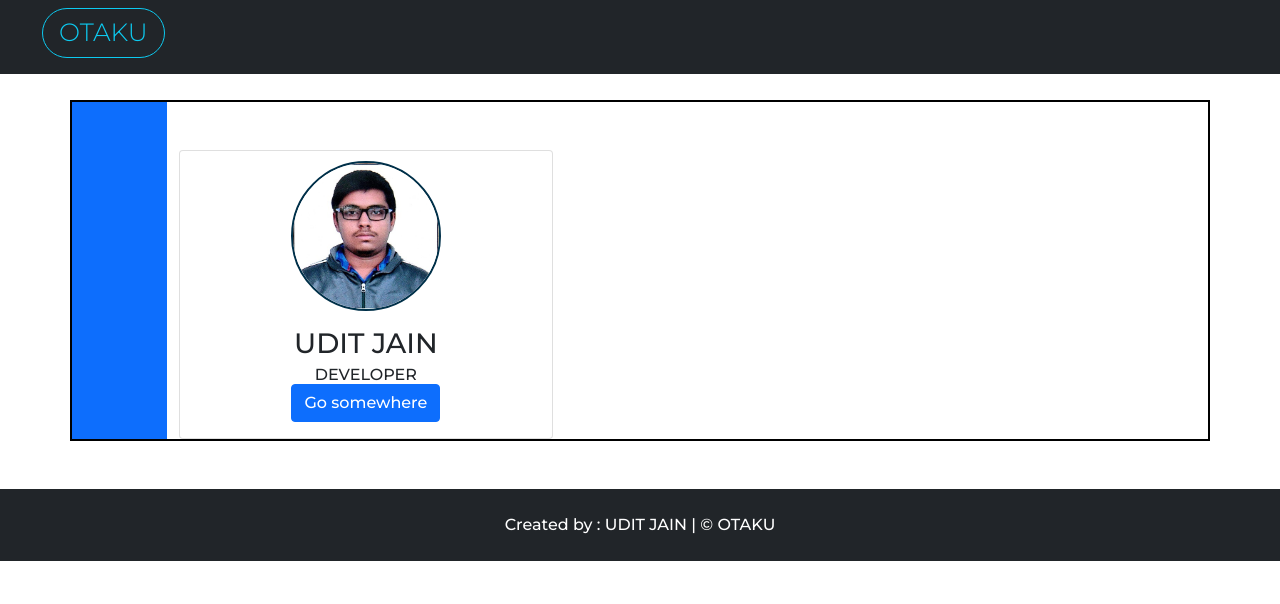
Repository: uditjain100/Responsive-Resume
Page: layouts/index.html
These files come from the project's save history. The page is drawn as it stood at one moment and after the next save; the edit follows.
The browser window is 1280 px wide. The pictures show the whole page.
Some web libraries are served in a nearby version.

Above is the page before, as saved 2021-03-01 13:51:23.

### layouts/index.html
<!DOCTYPE html>
<html lang="en">
  <head>
    <meta charset="UTF-8" />
    <meta http-equiv="X-UA-Compatible" content="IE=edge" />
    <meta name="viewport" content="width=device-width, initial-scale=1.0" />
    <title>Udit Jain</title>
    <link rel="stylesheet" href="app.css" />
    <link
      href="https://cdn.jsdelivr.net/npm/bootstrap@5.0.0-beta1/dist/css/bootstrap.min.css"
      rel="stylesheet"
      integrity="sha384-giJF6kkoqNQ00vy+HMDP7azOuL0xtbfIcaT9wjKHr8RbDVddVHyTfAAsrekwKmP1"
      crossorigin="anonymous"
    />

    <link rel="preconnect" href="https://fonts.gstatic.com" />
    <link
      href="https://fonts.googleapis.com/css2?family=Montserrat:wght@300;500&display=swap"
      rel="stylesheet"
    />
    <link
      href="https://fonts.googleapis.com/css2?family=Roboto+Slab:wght@300&display=swap"
      rel="stylesheet"
    />
    <link
      href="https://fonts.googleapis.com/css2?family=Spartan:wght@500&display=swap"
      rel="stylesheet"
    />
    <link
      href="https://fonts.googleapis.com/css2?family=Red+Hat+Display&display=swap"
      rel="stylesheet"
    />
    <link
      href="https://fonts.googleapis.com/css2?family=Ubuntu:wght@300&display=swap"
      rel="stylesheet"
    />
    <link
      href="https://fonts.googleapis.com/css2?family=Quicksand:wght@700&display=swap"
      rel="stylesheet"
    />
    <link
      href="https://fonts.googleapis.com/css2?family=Nunito&display=swap"
      rel="stylesheet"
    />
  </head>
  <body>
    <header class="header">
      <nav class="navbar navbar-expand-lg navbar-light bg-dark pb-3 fixed-top">
        <div class="container-fluid">
          <a
            id="navtitle"
            class="navbar-brand text-info px-3 rounded-pill border border-info"
            href="#"
            >OTAKU</a
          >
        </div>
      </nav>
    </header>

    <div class="container">
      <div id="wholewindow" class="row">
        <div class="col-1 bg-primary"></div>
        <div id="leftwindow" class="col-5 mt-5">
          <div id="namebox" class="card col-10">
            <img id="profileimg" src="profile.jpg" class="card-img-top" alt="..." />
            <div class="card-body">
              <h3 class="card-title">UDIT JAIN</h5>
              <h6 class="card-subtitle"> DEVELOPER </h6>
              <a href="#" class="btn btn-primary">Go somewhere</a>
            </div>
          </div>
        </div>
        <div id="rightwindow" class="col-6"></div>
      </div>
    </div>

    <footer class="footer bg-dark mt-5 py-4">
      <div class="container">
        <span class="" style="text-align: center"
          >Created by : UDIT JAIN | &copy; OTAKU</span
        >
      </div>
    </footer>

    <script
      src="https://cdn.jsdelivr.net/npm/@popperjs/core@2.6.0/dist/umd/popper.min.js"
      integrity="sha384-KsvD1yqQ1/1+IA7gi3P0tyJcT3vR+NdBTt13hSJ2lnve8agRGXTTyNaBYmCR/Nwi"
      crossorigin="anonymous"
    ></script>
    <script
      src="https://cdn.jsdelivr.net/npm/bootstrap@5.0.0-beta2/dist/js/bootstrap.min.js"
      integrity="sha384-nsg8ua9HAw1y0W1btsyWgBklPnCUAFLuTMS2G72MMONqmOymq585AcH49TLBQObG"
      crossorigin="anonymous"
    ></script>

    <script src="https://cdnjs.cloudflare.com/ajax/libs/typed.js/2.0.11/typed.min.js"></script>

    <script src="app.js"></script>
  </body>
</html>

### layouts/app.css
/* * Common Section */

@keyframes transitionIn {
  from {
    opacity: 0;
    transform: rotateY(-10deg);
  }
  to {
    opacity: 1;
    transform: rotateY(0);
  }
}

html {
  animation: transitionIn 1s;
}

/* * Navbar Section */

#navtitle {
  font-family: "Montserrat";
  font-size: 25px;
  font-weight: 300;
  margin-left: 30px;
}

#navlist li {
  font-family: "Montserrat";
  font-weight: 200;
  margin: 10px;
  padding: 10px;
  font-size: 20px;
  transition: 0.1s;
  display: flex;
  flex-direction: column-reverse;
  align-items: center;
}

#navlist li img {
  width: 30px;
  display: none;
  height: 30px;
  margin: 5px;
  border-radius: 50%;
}

#navlist li:hover {
  font-weight: 500;
  border-bottom-left-radius: 10%;
  border-bottom-right-radius: 10%;
  border-bottom: 2px white solid;
}

@media (max-width: 993px) {
  #navlist li img {
    display: flex;
    background-color: grey;
  }
}

/*  ********************* resume work */

#wholewindow {
  margin-top: 100px;
  border: 2px black solid;
}

#namebox {
  display: flex;
  flex-direction: column;
  flex-wrap: wrap;
  justify-content: space-evenly;
  align-items: center;
  text-align: center;
  font-family: "Montserrat";
}

#profileimg {
  width: 150px;
  height: 150px;
  border-radius: 50%;
  border: 2px #003049 solid;
  margin-top: 10px;
}

/* * Common Section */

.footer {
  position: -webkit-sticky;
  left: 0;
  bottom: 0;
  width: 100%;
  color: white;
  text-align: center;
  font-family: "Montserrat";
}

Loaded but not shown: layouts/app.js (no copy from this time; the picture is the same without it)

After the next save:
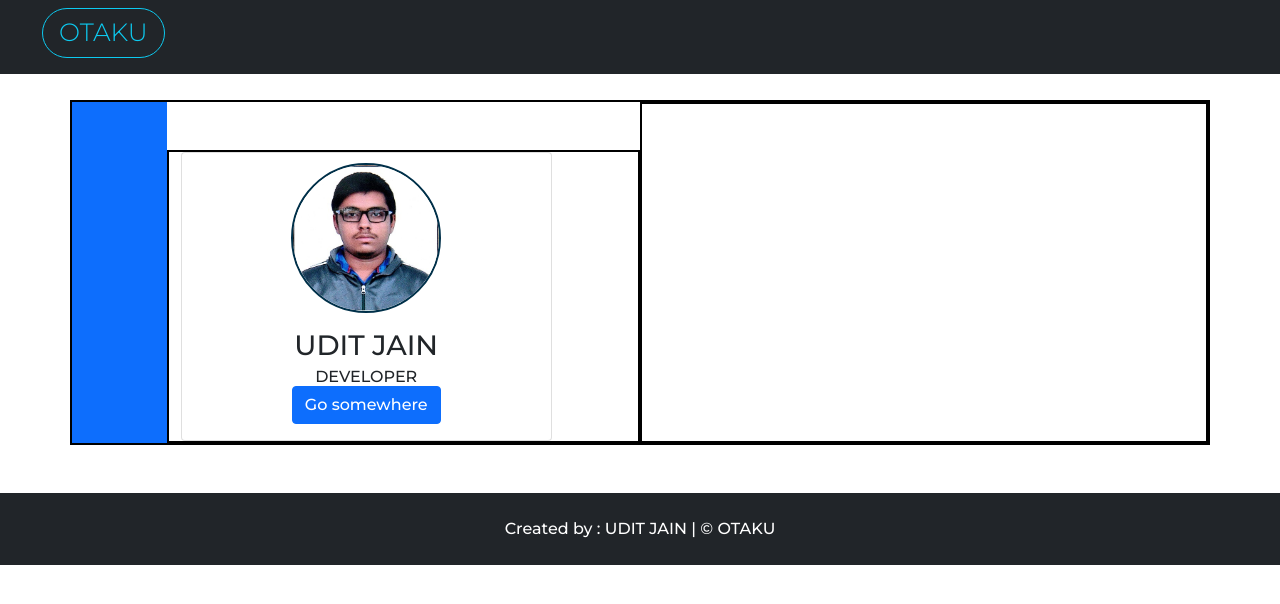
Saved 57 s later.
--- a/layouts/app.css
+++ b/layouts/app.css
@@ -65,6 +65,11 @@ html {
   border: 2px black solid;
 }
 
+#leftwindow,
+#rightwindow {
+  border: 2px black solid;
+}
+
 #namebox {
   display: flex;
   flex-direction: column;
